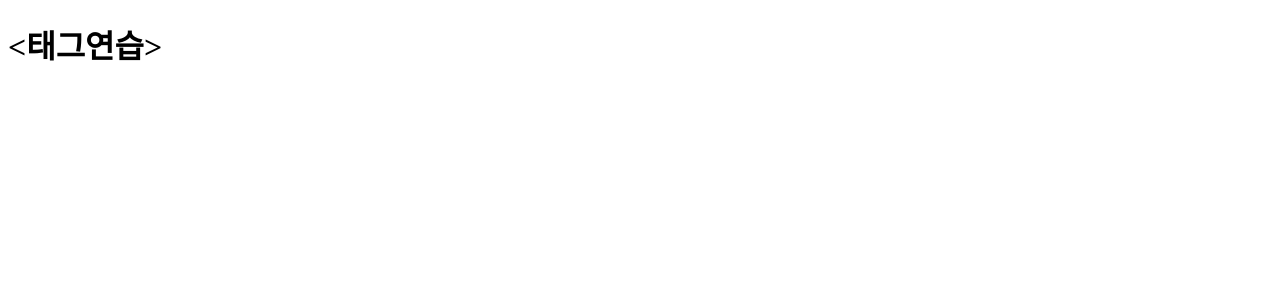
Repository: kmg8138/html
Page: 2020.04.06/ex0406/WebContent/ex03.html
The author's editor kept a copy of each file at every save. The page is drawn from the files as they stood at one save, then again after the next save.
The browser window is 1280 px wide. The pictures show the whole page.

Above is the page before, as saved 2020-04-06 01:46:23.

### 2020.04.06/ex0406/WebContent/ex03.html
<!DOCTYPE html>
<html>
<head>
	<meta charset="UTF-8">
	<title>연습3</title>
</head>
<body>
	<h1>&lt;태그연습&gt;</h1>
</body>
</html>

After the next save:
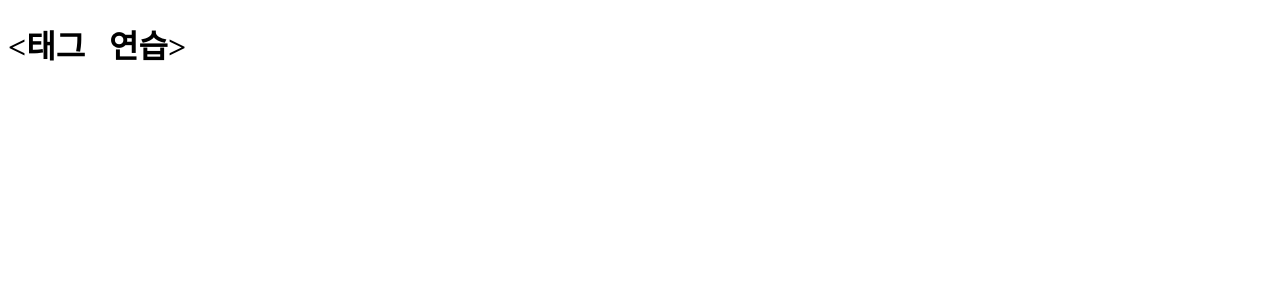
Saved 113 s later.
--- a/2020.04.06/ex0406/WebContent/ex03.html
+++ b/2020.04.06/ex0406/WebContent/ex03.html
@@ -5,6 +5,6 @@
 	<title>연습3</title>
 </head>
 <body>
-	<h1>&lt;태그연습&gt;</h1>
+	<h1>&lt;태그&nbsp;&nbsp;&nbsp;연습&gt;</h1>
 </body>
 </html>
